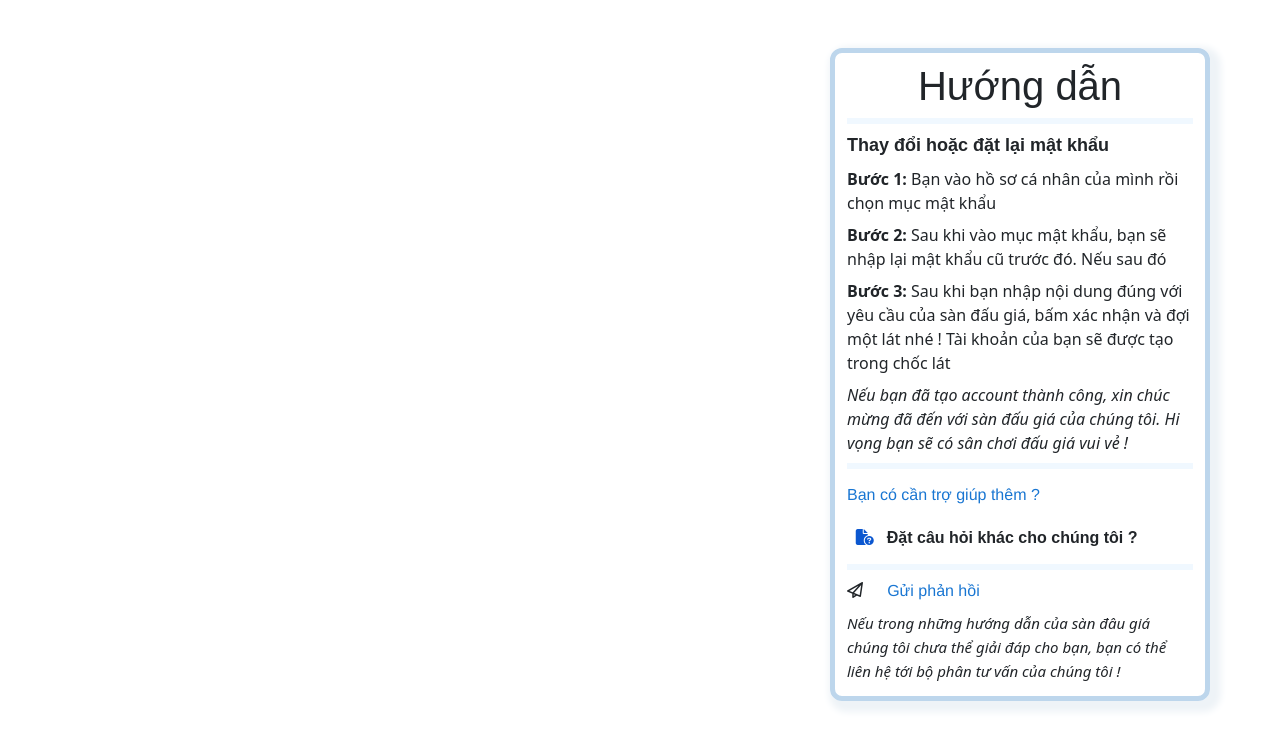
Repository: SonPhamThe/C0622G1-module5
Page: prototype--module6/guides/guide2.html
An editor plug-in stored every save of this project. The page is shown before and after the next save, followed by the edit.
The browser window is 1280 px wide. The pictures show the whole page.
Some web libraries are served in a nearby version.

Above is the page before, as saved 2022-12-07 15:28:16.

### prototype--module6/guides/guide2.html
<!DOCTYPE html>
<html lang="en">
  <head>
    <meta charset="UTF-8" />
    <meta
      name="viewport"
      content="width=device-width, user-scalable=no, initial-scale=1.0, maximum-scale=1.0, minimum-scale=1.0"
    />
    <meta http-equiv="X-UA-Compatible" content="ie=edge" />
    <title>Trang chủ hướng dẫn</title>
    <link rel="stylesheet" href="guide1.css" />
    <link rel="icon" type="image/x-icon" href="favicon.ico" />

    <link
      rel="stylesheet"
      href="https://cdnjs.cloudflare.com/ajax/libs/font-awesome/6.2.1/css/all.min.css"
    />

    <link
      href="https://cdn.jsdelivr.net/npm/bootstrap@5.1.3/dist/css/bootstrap.min.css"
      rel="stylesheet"
      integrity="sha384-1BmE4kWBq78iYhFldvKuhfTAU6auU8tT94WrHftjDbrCEXSU1oBoqyl2QvZ6jIW3"
      crossorigin="anonymous"
    />
    <script
      src="https://cdn.jsdelivr.net/npm/bootstrap@5.1.3/dist/js/bootstrap.bundle.min.js"
      integrity="sha384-ka7Sk0Gln4gmtz2MlQnikT1wXgYsOg+OMhuP+IlRH9sENBO0LRn5q+8nbTov4+1p"
      crossorigin="anonymous"
    ></script>
    <link
      rel="stylesheet"
      href="https://cdnjs.cloudflare.com/ajax/libs/font-awesome/5.15.4/css/all.min.css"
    />
  </head>
  <body>
    <!--Khi chọn mục hướng dẫn trên navbar sẽ đổ modal xuống. Ở trang chủ hướng dẫn em tính làm gồm những phần:
      Cách đăng ký account,
      Thay đổi hoặc đặt lại mật khẩu của bạn,
      Quản lý mật khẩu, vv....
      Khi click một trong số option sẽ chuyển qua một form chứa nội dung của từng tiêu đề đó
     -->
    <div class="container mb-5 mt-5">
      <div class="row">
        <div class="col-lg-4"></div>
        <div class="col-lg-4"></div>
        <div class="boxed col-lg-4 shadow-md" style="height: 100% !important">
          <form>
            <div class="mt-1 text-center">
              <h1 style="font-family: sans-serif">Hướng dẫn</h1>
            </div>
            <div
              class="mb-2"
              style="height: 6px; background-color: aliceblue; width: 100%"
            ></div>
            <div class="mb-2">
              <label
                ><strong style="font-family: sans-serif; font-size: large"
                  >Thay đổi hoặc đặt lại mật khẩu</strong
                ></label
              >
            </div>
            <div class="mb-2">
              <span>
                <strong>Bước 1: </strong>
                Bạn vào hồ sơ cá nhân của mình rồi chọn mục mật khẩu
            </div>
            <div class="mb-2">
              <span>
                <strong>Bước 2: </strong>
                Sau khi vào mục mật khẩu, bạn sẽ nhập lại mật khẩu cũ trước đó.
                Nếu sau đó
              </span>
            </div>
            <div class="mb-2">
              <span>
                <strong>Bước 3: </strong>
                Sau khi bạn nhập nội dung đúng với yêu cầu của sàn đấu giá, bấm
                xác nhận và đợi một lát nhé ! Tài khoản của bạn sẽ được tạo
                trong chốc lát
              </span>
            </div>

            <div class="mb-2">
              <i>
               Nếu bạn đã tạo account thành công, xin chúc mừng đã đến với sàn đấu giá của chúng tôi. Hi vọng bạn sẽ có sân chơi đấu giá vui vẻ !
              </i>
            </div>

            <div
              class="mb-2"
              style="height: 6px; background-color: aliceblue; width: 100%"
            ></div>

            <div class="mb-2">
              <h6
                class="mt-3 mb-3"
                style="color: #1976d2; font-family: Helvetica"
              >
                Bạn có cần trợ giúp thêm ?
              </h6>
              <div class="mb-2">
                <i class="fa-solid fa-file-circle-question"></i>
                <label style="font-family: sans-serif"
                  ><strong>Đặt câu hỏi khác cho chúng tôi ?</strong></label
                >
              </div>
              <div
                class="mb-2"
                style="height: 6px; background-color: aliceblue; width: 100%"
              ></div>
              <div class="mb-2">
                <i class="fa-regular fa-paper-plane"></i>
                <label
                  style="
                    color: #1976d2;
                    font-family: Helvetica;
                    margin-left: 20px;
                  "
                >
                  Gửi phản hồi
                </label>
              </div>
            </div>
          </form>
          <div class="mb-2">
            <span style="font-size: 15px" class="fst-italic"
              >Nếu trong những hướng dẫn của sàn đâu giá chúng tôi chưa thể giải
              đáp cho bạn, bạn có thể liên hệ tới bộ phân tư vấn của chúng tôi
              !</span
            >
          </div>
        </div>

        <div class="col-lg-3"></div>
      </div>
    </div>
  </body>
  <script src="//ajax.googleapis.com/ajax/libs/jquery/1.9.1/jquery.min.js"></script>
  <script
    src="https://cdn.jsdelivr.net/npm/popper.js@1.12.9/dist/umd/popper.min.js"
    integrity="sha384-ApNbgh9B+Y1QKtv3Rn7W3mgPxhU9K/ScQsAP7hUibX39j7fakFPskvXusvfa0b4Q"
    crossorigin="anonymous"
  ></script>
</html>

### prototype--module6/guides/guide1.css
.boxed {
  width: 400px;
  height: 550px;
}

.boxed {
  border: 5px solid;
  border-image-slice: 1;
  border-color: rgb(189, 214, 236);
  padding: 5px;
  border-radius: 12px;
  background-color: transparent;
  box-shadow: 5px 5px 7px 6px  rgb(238, 243, 247);
}

.fa-solid {
  color: #0b57d0;
  height: 1.125rem;
  margin: 0.55rem;
  visibility: initial;
  width: 1.125rem;
}

After the next save:
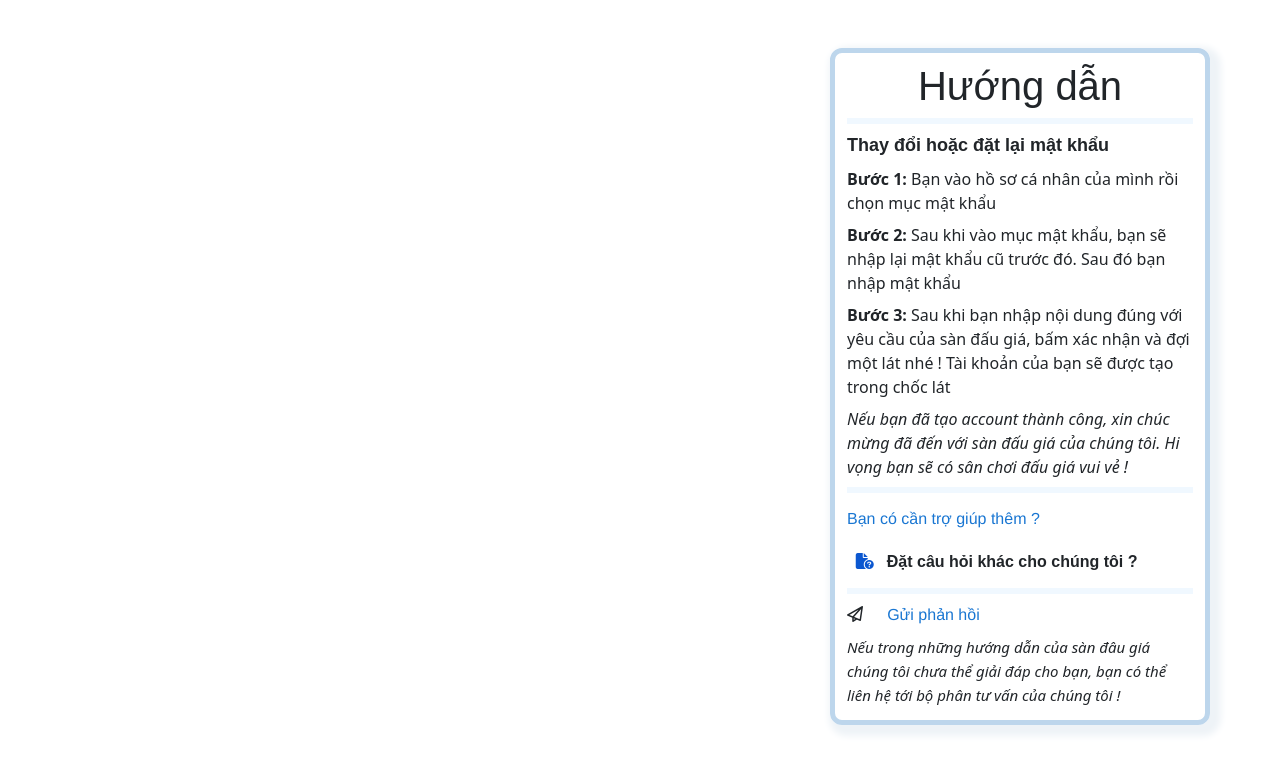
Saved 12 s later.
--- a/prototype--module6/guides/guide2.html
+++ b/prototype--module6/guides/guide2.html
@@ -68,7 +68,7 @@
               <span>
                 <strong>Bước 2: </strong>
                 Sau khi vào mục mật khẩu, bạn sẽ nhập lại mật khẩu cũ trước đó.
-                Nếu sau đó
+                Sau đó bạn nhập mật khẩu
               </span>
             </div>
             <div class="mb-2">
